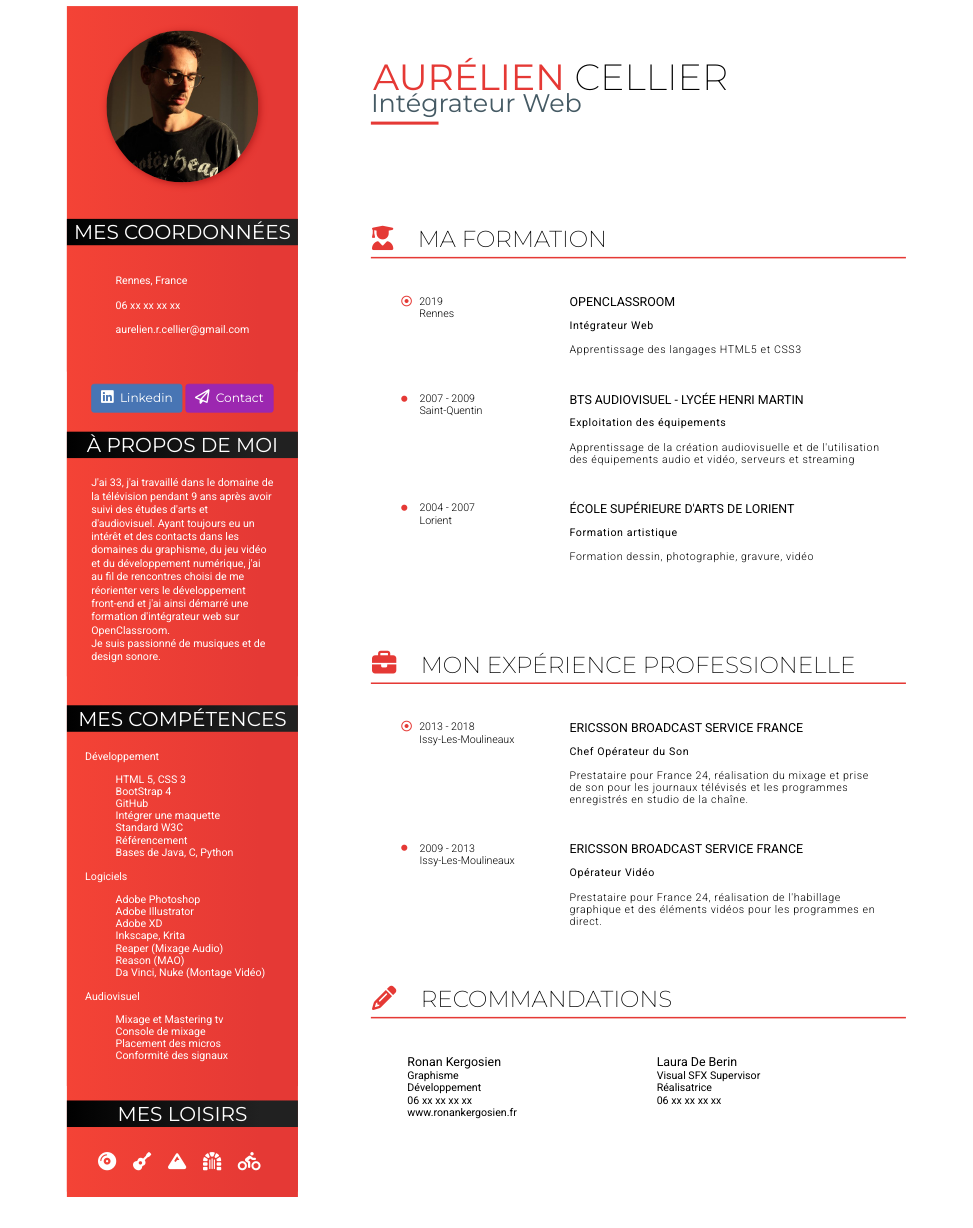
Repository: oc-math-classroom/projet-2
Page: index.html
The author's editor kept a copy of each file at every save. The page is drawn from the files as they stood at one save, then again after the next save.
The browser window is 1280 px wide. The pictures show the whole page, at 76% of full size.
Some web libraries are served in a nearby version.

Above is the page before, as saved 2019-07-06 14:54:03.

After the next save:
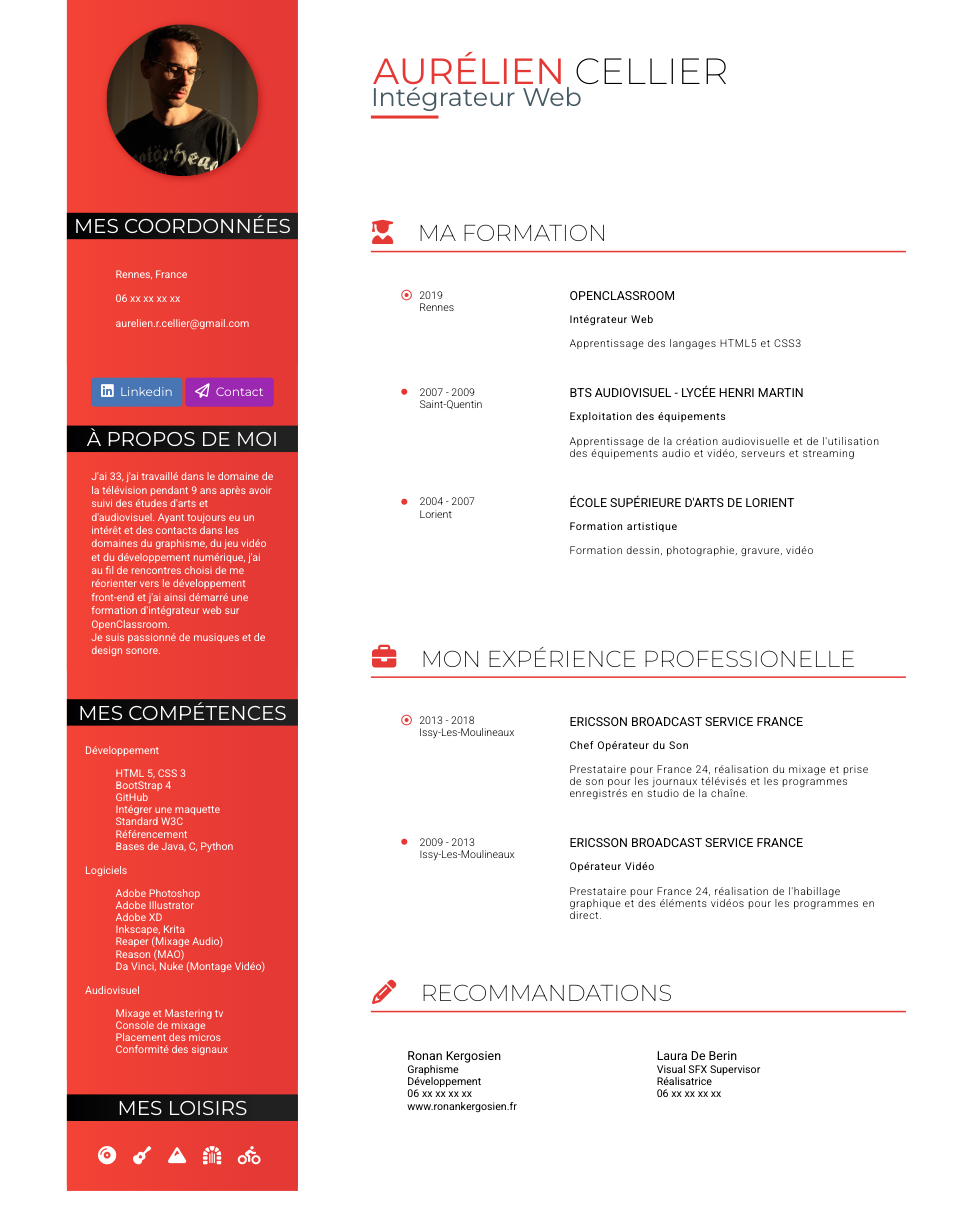
Saved 42 h 27 min later.
--- a/style.css
+++ b/style.css
@@ -19,6 +19,10 @@ ul {
 a {
     text-decoration: none;
     color: inherit;
+}
+
+body {
+    margin: 0px;
 }
 
 /* fin reset */
